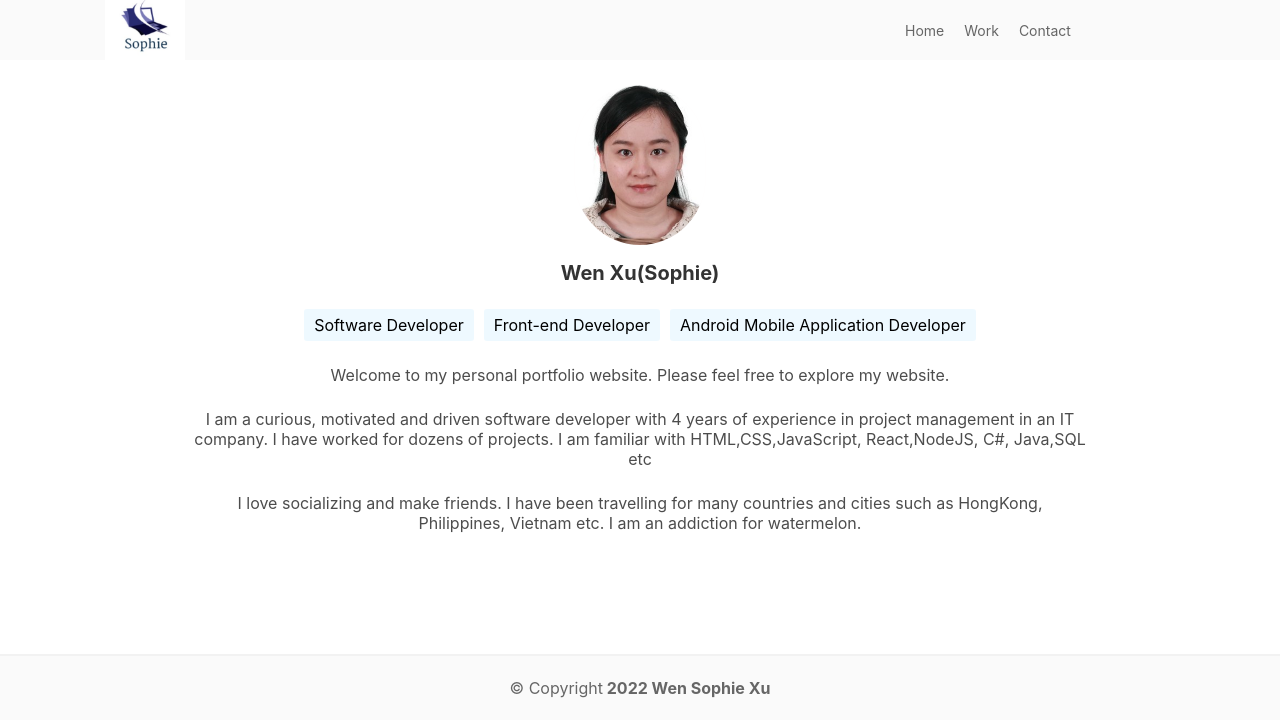
Repository: wenxi0504/myResume_app
Page: /
The author's editor kept a copy of each file at every save. The page is drawn from the files as they stood at one save, then again after the next save.
The browser window is 1280 px wide. The pictures show the whole page.
The project was rebuilt for these pictures with package versions that can differ from the ones it lists, and the page was loaded fresh each time. Also part of the build but not shown: src/pages/WorkPage/works.module.scss, src/components/WorkLists/work.module.scss, src/components/WorkLists/index.js, src/pages/WorkPage/index.js, src/pages/Contact/contact.module.scss, src/pages/Contact/index.js.

Above is the page before, as saved 2022-01-04 22:57:19.

After the next save:
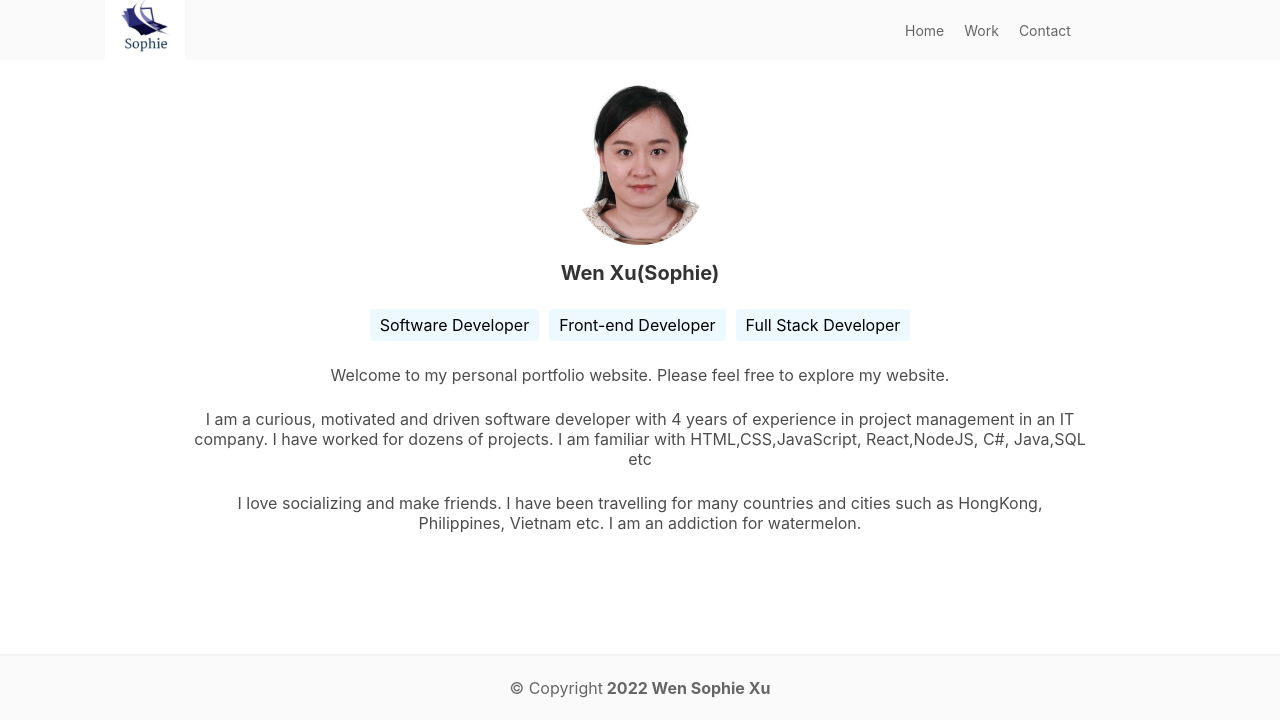
Saved 117 s later.
--- a/src/pages/HomePage/index.js
+++ b/src/pages/HomePage/index.js
@@ -1,26 +1,41 @@
 // eslint-disable-next-line no-unused-vars
-import React, { Component } from 'react';
-import styles from'./home.module.scss'
-
+import React, { Component } from "react";
+import styles from "./home.module.scss";
 
 // eslint-disable-next-line import/no-anonymous-default-export
 export default () => {
-    return <div className={styles.wrap}>
-        {/* Personal Info*/}
-       <section className={styles.brief}>
+  return (
+    <div className={styles.wrap}>
+      {/* Personal Info*/}
+      <section className={styles.brief}>
+        <img
+          className={styles.backgroundColor}
+          src={require("../../assets/images/wenxuReact2.jpg")}
+          alt="sophie"
+        />
+        <h2>Wen Xu(Sophie)</h2>
 
-       <img className={styles.backgroundColor} src={require("../../assets/images/wenxuReact2.jpg")} alt="sophie"/>
-       <h2>Wen Xu(Sophie)</h2>
-
-       <ul>
+        <ul>
           <li>Software Developer</li>
           <li>Front-end Developer</li>
-          <li>Android Mobile Application Developer</li>
-       </ul>
-       <p>Welcome to my personal portfolio website. Please feel free to explore my website.</p>
-       <p>I am a curious, motivated and driven software developer with 4 years of experience in project management in an IT company. I have worked for dozens of projects. I am familiar with HTML,CSS,JavaScript, React,NodeJS, C#, Java,SQL etc </p>
-       <p>I love socializing and make friends. I have been travelling for many countries and cities such as HongKong, Philippines, Vietnam etc. I am an addiction for watermelon. </p>
-       </section>
-
-        </div>
-}
+          <li>Full Stack Developer</li>
+        </ul>
+        <p>
+          Welcome to my personal portfolio website. Please feel free to explore
+          my website.
+        </p>
+        <p>
+          I am a curious, motivated and driven software developer with 4 years
+          of experience in project management in an IT company. I have worked
+          for dozens of projects. I am familiar with HTML,CSS,JavaScript,
+          React,NodeJS, C#, Java,SQL etc{" "}
+        </p>
+        <p>
+          I love socializing and make friends. I have been travelling for many
+          countries and cities such as HongKong, Philippines, Vietnam etc. I am
+          an addiction for watermelon.{" "}
+        </p>
+      </section>
+    </div>
+  );
+};
